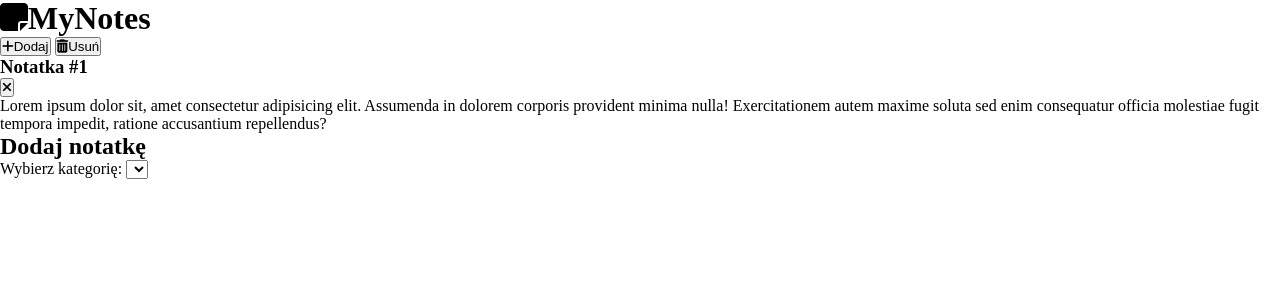
Repository: KrzysKolo/Projekt-7_Notes
Page: js/index.html
These files come from the project's save history. The page is drawn as it stood at one moment and after the next save; the edit follows.
The browser window is 1280 px wide. The pictures show the whole page.
Some web libraries are served in a nearby version.

Above is the page before, as saved 2020-07-07 13:01:57.
Console error: SyntaxError: Unexpected token '<'

After the next save:
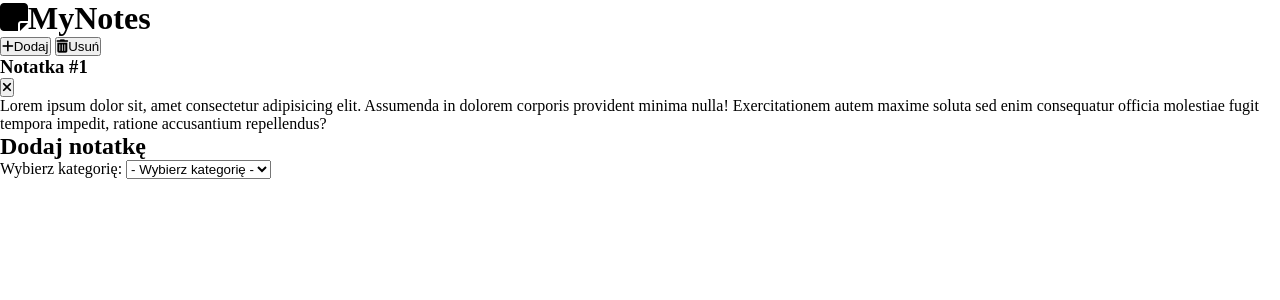
Saved 2 min 41 s later.
--- a/js/index.html
+++ b/js/index.html
@@ -44,7 +44,13 @@
     <div class="note-panel">
       <h2>Dodaj notatkę</h2>
       <label for="category">Wybierz kategorię: </label>
-      <select id="category"></select>
+      <select id="category">
+        <option value="0" disabled selected>- Wybierz kategorię -</option>
+        <option value="1">Praca</option>
+        <option value="2">Dom</option>
+        <option value="3">Zakupy</option>
+        <option value="4">Inne</option>
+      </select>
     </div>
     <script src="./../js/index.html"></script>
   </body>
